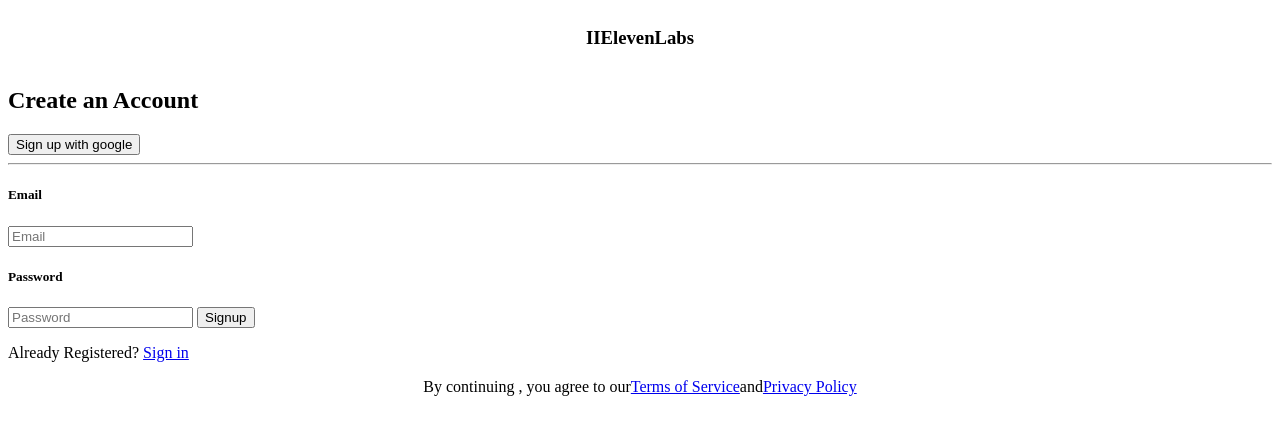
Repository: RohanSai22/harkirat-cohort-learnings
Page: Web/w1_a.html
The author's editor kept a copy of each file at every save. The page is drawn from the files as they stood at one save, then again after the next save.
The browser window is 1280 px wide. The pictures show the whole page.

Above is the page before, as saved 2026-03-24 10:05:23.

After the next save:
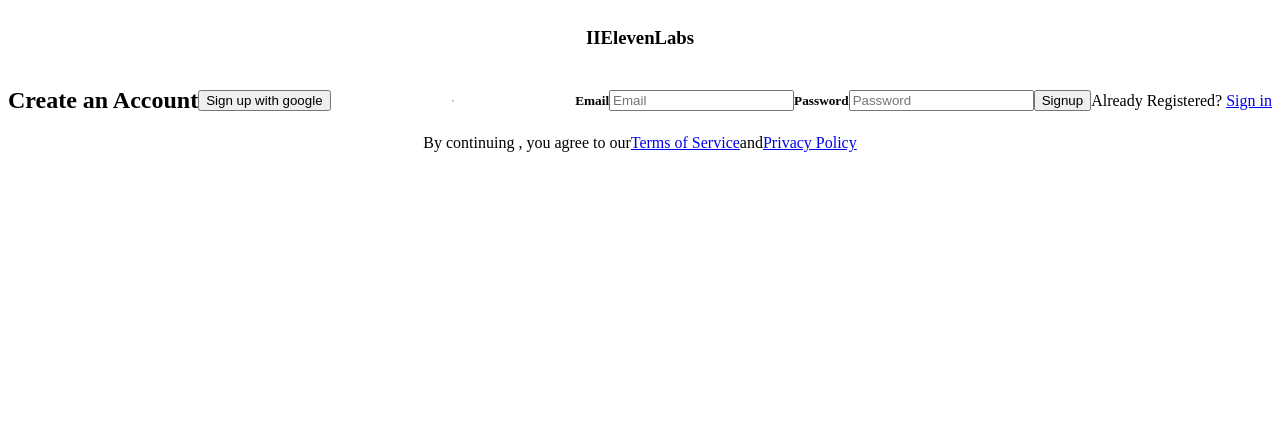
Saved 17 s later.
--- a/Web/w1_a.html
+++ b/Web/w1_a.html
@@ -7,7 +7,7 @@
             <div style="display:flex; justify-content: center;">
                 <h3>IIElevenLabs</h3>
             </div>
-            <div>
+            <div style="display:flex; justify-content: center; align-items: center;">
                 <h2>Create an Account</h2>
                 <button onclick="window.location.href='https://www.gmail.com'">Sign up with google</button>
                 <hr>
